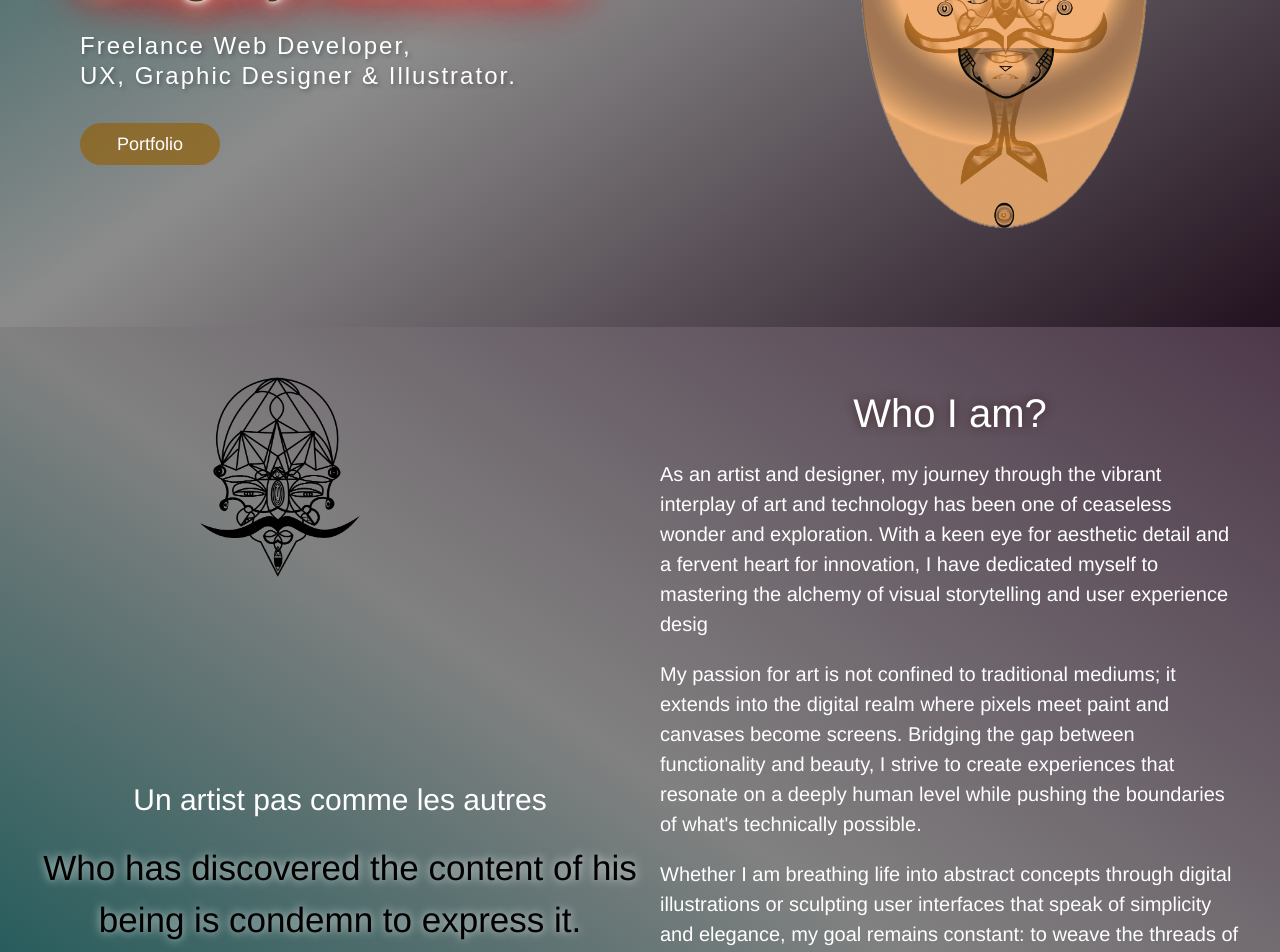
Repository: al-XLeMEsTRE/al-XLeMEsTRE
Page: index.html
An editor plug-in stored every save of this project. The page is shown before and after the next save, followed by the edit.
The browser window is 1280 px wide. The pictures show the part of the page from y = 553 to 1505 px (the page is 5520 px tall).
A picture or video elsewhere on the page could not be fetched, so the positions and the page height are approximate.

Above is the page before, as saved 2023-11-23 19:28:54.

After the next save:
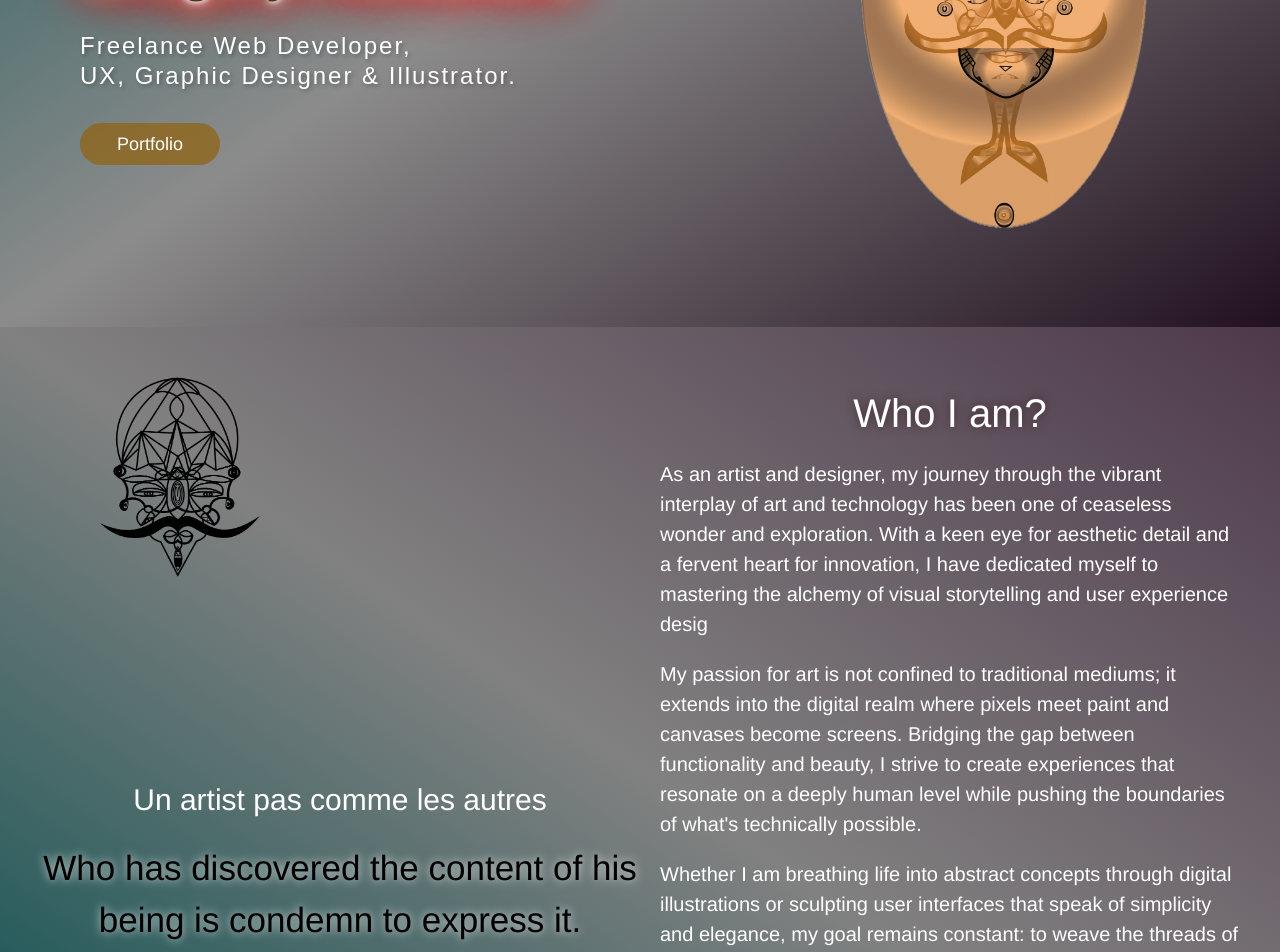
Saved 9 s later.
--- a/style/styles.css
+++ b/style/styles.css
@@ -305,7 +305,7 @@
 
 .about__image {
   top: -10px;
-  left: 160px;
+  left: 60px;
   position: relative;
   width: 160px;
   height: 200px;
